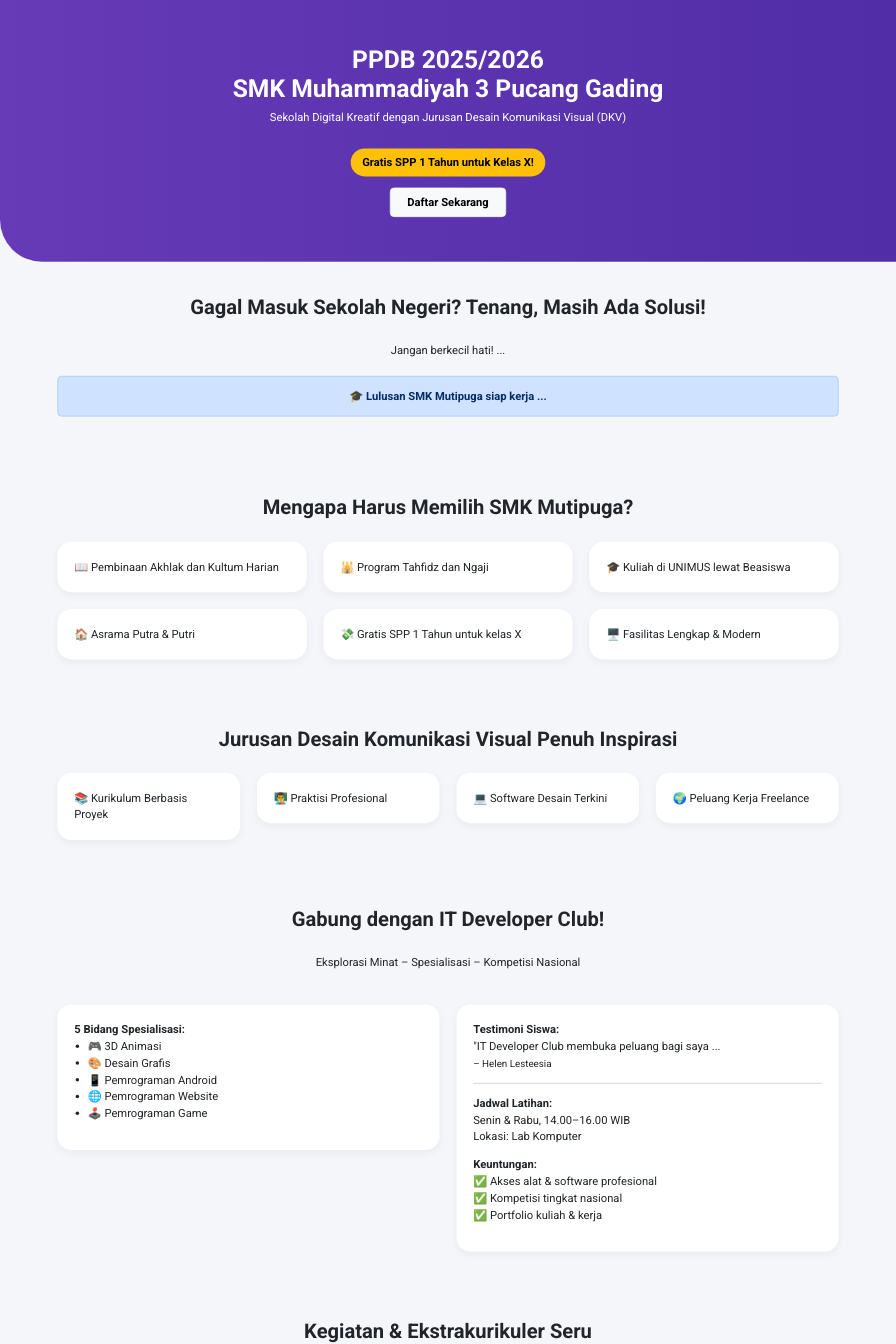
Repository: ppdbsmkmutipuga/ppdbsmkmutipuga.github.io
Page: index.html
These files come from the project's save history. The page is drawn as it stood at one moment and after the next save; the edit follows.
The browser window is 1280 px wide. The pictures show the part of the page from y = 0 to 1920 px (the page is 2705 px tall before and 2761 px after), at 70% of full size.

Above is the page before, as saved 2025-06-29 02:46:51.
Not found: main.js

After the next save:
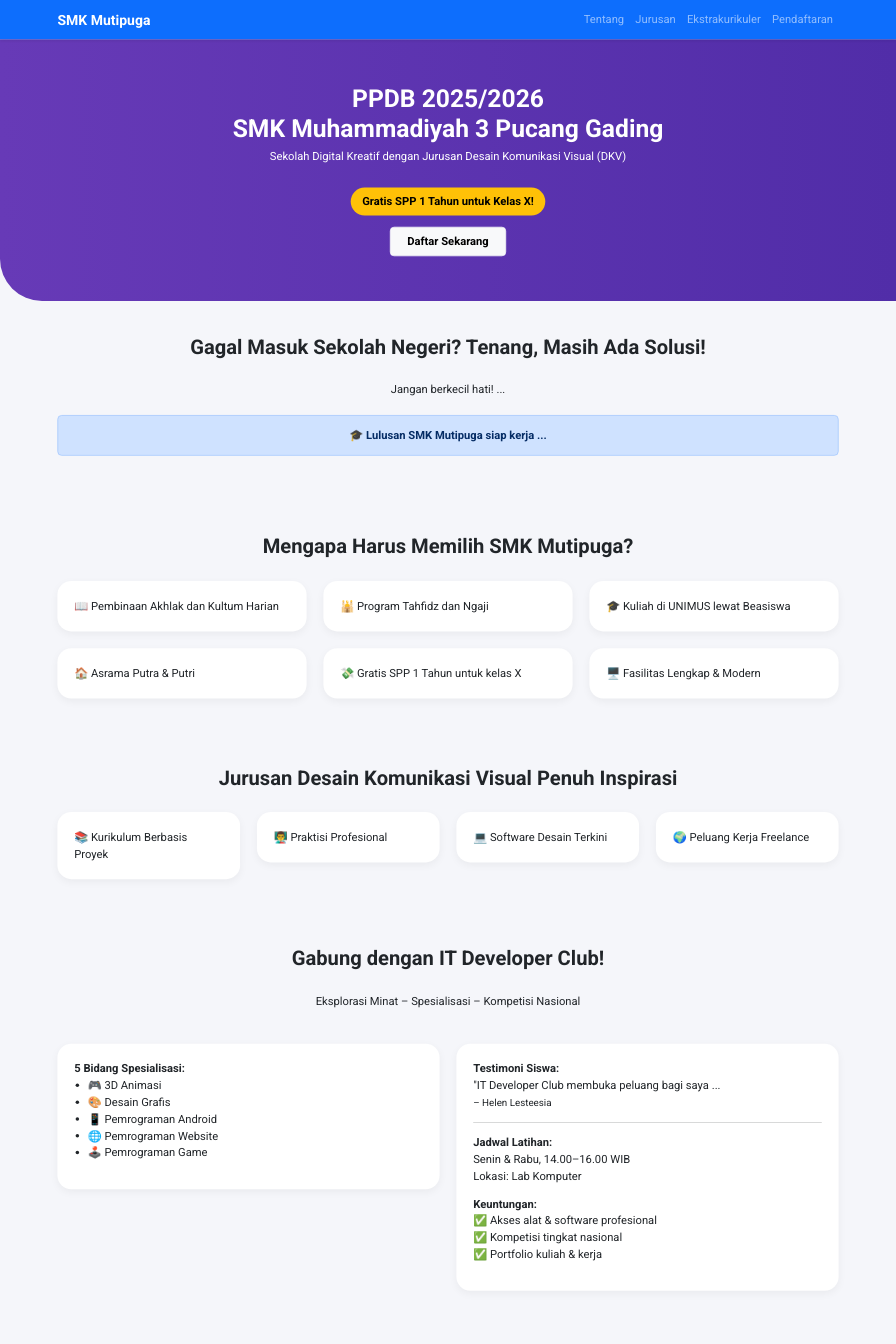
Saved 2 min 47 s later.
--- a/index.html
+++ b/index.html
@@ -16,6 +16,23 @@
 </head>
 
 <body>
+    <nav class="navbar navbar-expand-lg navbar-dark bg-primary sticky-top shadow-sm">
+        <div class="container">
+            <a class="navbar-brand fw-bold" href="#">SMK Mutipuga</a>
+            <button class="navbar-toggler" type="button" data-bs-toggle="collapse" data-bs-target="#navMenu">
+                <span class="navbar-toggler-icon"></span>
+            </button>
+            <div class="collapse navbar-collapse" id="navMenu">
+                <ul class="navbar-nav ms-auto">
+                    <li class="nav-item"><a class="nav-link" href="#tentang">Tentang</a></li>
+                    <li class="nav-item"><a class="nav-link" href="#jurusan">Jurusan</a></li>
+                    <li class="nav-item"><a class="nav-link" href="#ekskul">Ekstrakurikuler</a></li>
+                    <li class="nav-item"><a class="nav-link" href="#pendaftaran">Pendaftaran</a></li>
+                </ul>
+            </div>
+        </div>
+    </nav>
+
     <header class="hero">
         <h1>PPDB 2025/2026<br>SMK Muhammadiyah 3 Pucang Gading</h1>
         <p>Sekolah Digital Kreatif dengan Jurusan Desain Komunikasi Visual (DKV)</p>
